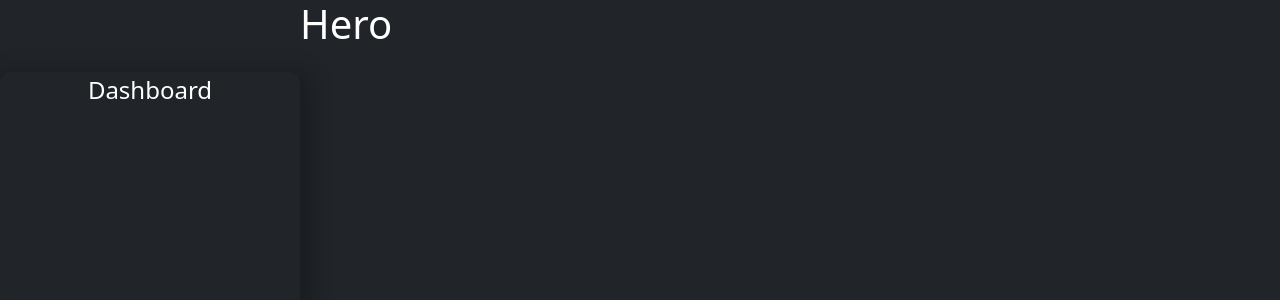
Repository: iamevs/Employee-Management-System
Page: / (app in client/)
These files come from the project's save history. The page is drawn as it stood at one moment and after the next save; the edit follows.
The browser window is 1280 px wide. The pictures show the whole page.
The project was rebuilt for these pictures with package versions that can differ from the ones it lists, and the page was loaded fresh each time. Also part of the build but not shown: client/vite.config.js, client/src/App.css, client/src/components/Home.jsx, client/src/components/Register.jsx, client/src/components/Edit.jsx. Imported but missing from the stored project, and not drawn on this page: client/src/components/Details.

Above is the page before, as saved 2022-11-29 01:39:48.

### client/index.html
<html lang="en">
  <head>
    <meta charset="UTF-8" />
    <link rel="icon" type="image/svg+xml" href="/vite.svg" />
    <meta name="viewport" content="width=device-width, initial-scale=1.0" />
    <title>employee-management</title>
  </head>
  <body>
    <div id="root"></div>
    <script type="module" src="/src/main.jsx"></script>
  </body>
</html>

### client/src/main.jsx
import React, { StrictMode } from 'react';
import ReactDOM from 'react-dom';
import { createRoot } from "react-dom/client";
import './index.css';
import App from './App';
import { BrowserRouter } from "react-router-dom"
import ContextProvider from "./components/context/ContextProvider";
// root.render(
//   <StrictMode>
//   <ContextProvider>
//     <BrowserRouter>
//       <App />
//     </BrowserRouter>
//   </ContextProvider>
//   </StrictMode>
//   ,
//   document.getElementById('root')
// );


createRoot(document.getElementById('root')).render(
  <ContextProvider>
    <BrowserRouter>
      <App />
    </BrowserRouter>
  </ContextProvider>
)

### client/src/index.css
body {
  margin: 0;
  font-family: -apple-system, BlinkMacSystemFont, 'Segoe UI', 'Roboto', 'Oxygen',
    'Ubuntu', 'Cantarell', 'Fira Sans', 'Droid Sans', 'Helvetica Neue',
    sans-serif;
  -webkit-font-smoothing: antialiased;
  -moz-osx-font-smoothing: grayscale;
  background-color: #212529 !important;
  color: #fff !important;
}

code {
  font-family: source-code-pro, Menlo, Monaco, Consolas, 'Courier New',
    monospace;
}

.btns{
  display: flex;
  justify-content: space-between;
}

.btns > .tool, .tool{
  /* border: 1px solid #fff; */
  backdrop-filter: blur(10px);
  box-shadow: 0px 0px 9px 1px rgb(0 0 0 / 35%);
}

.form-control{
  background-color: #212529 !important;
  color: #C8DBBE !important;
  border: 1px solid #fff !important;
}

### client/src/App.jsx
import './App.css';
import "../node_modules/bootstrap/dist/css/bootstrap.min.css"
import "../node_modules/bootstrap/dist/js/bootstrap.bundle.min.js"
import Navbar from './components/Navbar';
import Home from './components/Home';
import Register from './components/Register';
import Edit from './components/Edit';
import Details from './components/Details';
import Hero from "./components/Hero.jsx";
import { Routes, Route } from "react-router-dom"
import { Stack } from '@mui/system';




function App() {
  return (
    <>
      <Stack direction={"row"}>
        <Navbar />
        <Routes>
          <Route path="/" element={<Hero />} />
          <Route path="/home" element={<Home />} />
          <Route exact path="/register" element={<Register />} />
          <Route exact path="/edit/:id" element={<Edit />} />
          <Route exact path="/view/:id" element={<Details />} />
        </Routes>
      </Stack>

    </>
  );
}

export default App;

### client/src/components/context/ContextProvider.jsx
import React, { createContext, useState } from 'react'


export const adddata = createContext("");
export const updatedata = createContext("");
export const deldata = createContext("");

const ContextProvider = ({ children }) => {

    const [udata, setUdata] = useState("");
    const [updata, setUPdata] = useState("");
    const [dltdata, setDLTdata] = useState("");


    return (
        <adddata.Provider value={{ udata, setUdata }}>
            <updatedata.Provider value={{ updata, setUPdata }}>
                <deldata.Provider value={{dltdata, setDLTdata}}>
                    {children}
                </deldata.Provider>

            </updatedata.Provider>

        </adddata.Provider>
    )
}

export default ContextProvider;

### client/src/components/Navbar.jsx
import React from 'react'
import { NavLink } from 'react-router-dom'
import { Box, Stack } from "@mui/material";


const Navbar = () => {
    return (
        // <Stack justifyContent={"center"} direction={"row"} marginTop={"10px"}>
        //     <Box justifyContent={"space-between"} alignItems={"center"} className="navbar navbar-expand-lg text-white" sx={{
        //         backgroundColor: "transparent",
        //         backdropFilter: "blur(10px) !important",
        //         position: "relative",
        //         color: "white",
        //         boxShadow: "4px 7px 20px 11px rgb(0 0 0 / 20%)",
        //         height: "60px",
        //         padding: "0 40px 0 40px",
        //         width: "auto",
        //         borderRadius: "10px"
        //     }}>
        //         <Box sx={{
        //             fontSize: "1.5rem",
        //             color: "#ADDDD0",
        //             fontWeight: "600",
        //             textShadow: "-10px 10px 15px rgba(0, 0, 0, 0.8)",
        //             marginRight: "100px"
        //         }}>Employee management Dashboard</Box>
        //         <Box direction={"row"}>
        //             <a href="/home" style={{
        //                 fontSize: "1.5rem",
        //                 color: "#ADDDD0",
        //                 fontWeight: "600",
        //                 textShadow: "-10px 10px 15px rgba(0, 0, 0, 0.8)",
        //                 textDecoration: "none",
        //             }}>Home</a>
        //             <a href="/" style={{
        //                 fontSize: "1.5rem",
        //                 color: "#ADDDD0",
        //                 fontWeight: "600",
        //                 textShadow: "-10px 10px 15px rgba(0, 0, 0, 0.8)",
        //                 textDecoration: "none",
        //                 marginLeft: "20px"
        //             }}>Docs</a>

        //         </Box>
        //     </Box>
        // </Stack>
        <Stack direction={"column"} alignItems={"center"}  sx={{
            backgroundColor: "transparent",
            backdropFilter: "blur(10px) !important",
            position: "relative",
            color: "white",
            boxShadow: "4px 7px 20px 11px rgb(0 0 0 / 20%)",
            height: "80vh",
            width: "300px",
            borderRadius: "10px",
            marginTop: "10vh"
        }}>
            <Box sx={{
                fontSize: "1.5rem",
                borderRadius: "10px",
            }}>
                Dashboard
            </Box>
        </Stack>
    )
}

export default Navbar

### client/src/components/Hero.jsx
import React from "react";

const Hero = () => {
    return (
        <div>
            <h1>Hero</h1>
        </div>
    );
}

export default Hero;

After the next save:
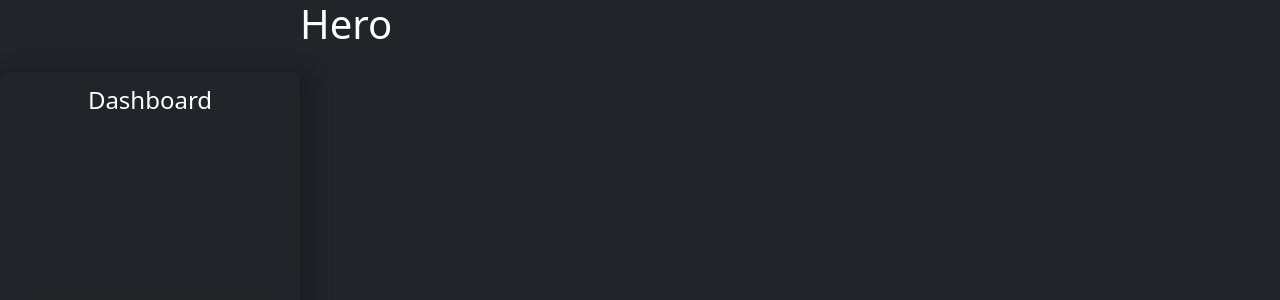
Saved 7 s later.
--- a/client/src/components/Navbar.jsx
+++ b/client/src/components/Navbar.jsx
@@ -58,6 +58,7 @@ const Navbar = () => {
             <Box sx={{
                 fontSize: "1.5rem",
                 borderRadius: "10px",
+                marginTop: "10px",
             }}>
                 Dashboard
             </Box>
